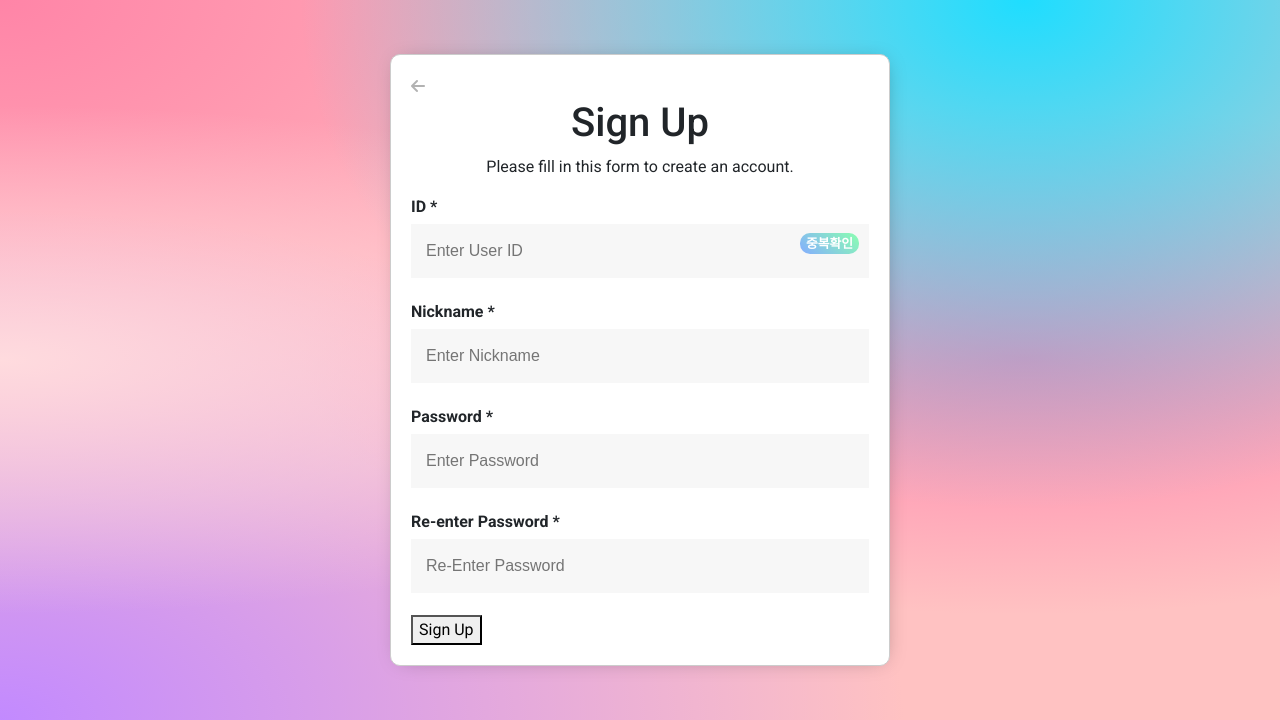
Repository: Jae-yi/JSPMybatis
Page: http://localhost/JspMybatisSub/WEB-INF/views/page/register.jsp
An editor plug-in stored every save of this project. The page is shown before and after the next save, followed by the edit.
The browser window is 1280 px wide. The pictures show the whole page.
Some web fonts or font styles are not loaded; a fallback is used. Some web libraries are served in a nearby version. The page is served by Tomcat 9. Nobody is signed in. Other server files are loaded and not shown. The template is opened directly, without the code that normally fills it, so the values that code supplies are empty.

Above is the page before, as saved 2023-02-01 11:00:36.

### JspMybatisSub/src/main/webapp/WEB-INF/views/page/register.jsp
<%@ page language="java" contentType="text/html; charset=UTF-8"
	pageEncoding="UTF-8"%>
<!DOCTYPE html>
<html>
<%@ include file="../include/style.jsp"%>
<link href="resources/css/register.css" rel="stylesheet" type="text/css">
<head>
<meta charset="UTF-8">
<script src="https://kit.fontawesome.com/3f27d28028.js"
	crossorigin="anonymous"></script>
<script src="https://ajax.aspnetcdn.com/ajax/jQuery/jquery-3.3.1.min.js"></script>
<script>
	$(document).ready(function() {

		//뒤로가기 버튼
		$("#goBack").click(function(e) {
			e.preventDefault();
			history.back();
		})

		// 아이디 중복체크
		$("#duplIdCheck").click(function(e) {
			e.preventDefault();
			duplIdCheck();
		})

	});

	function duplIdCheck() {
		//비동기 통신 선언 (ajax)
		$.ajax({
			type : "POST", //post로 요청
			url : "/register",
			dataType : "json",
			data : {
				id : $('#id').val(),
			}, //전송할 데이터
			success : function(data) {

				if (data.login == false) {
					alert('중복된 아이디입니다. 다른 아이디를 사용해주세요.');
				} else {
					alert('사용가능한 아이디입니다.');
				}
			},

		});

	};
</script>
</head>
<body>
	<form>
		<div class="container">
			<i class="fa-sharp fa-solid fa-arrow-left" id="goBack"></i>
			<h1 style="text-align: center">Sign Up</h1>
			<p style="text-align: center">Please fill in this form to create
				an account.</p>

			<label for="email"><b>ID *</b></label>
			<div id ="idInputDiv" style="display:flex">
			<input type="text"
				name="username" id = "id" placeholder="Enter User ID" required>
			<button type="button" id="duplIdCheck">중복확인</button>
			</div>
			<label
			for="nickname"><b>Nickname *</b></label>
			<input type="text" id="nickname"
			placeholder="Enter Nickname" name="nickname" required>
			<label
			for="psw"><b>Password *</b></label>
			<input type="text" id="pwd"
			placeholder="Enter Password" name="pwd" required>
			<label
			for="rePwd"><b>Re-enter Password *</b></label>
			 <input type="password" id="rePwd"
			placeholder="Re-Enter Password" name="rePwd" required>

			<button type="submit" id="submitBtn">Sign Up</button>
		</div>
	</form>
</body>
</html>

### JspMybatisSub/src/main/webapp/WEB-INF/views/include/style.jsp
<%@ page language="java" contentType="text/html; charset=UTF-8"
	pageEncoding="UTF-8"%>
<head>
<meta charset="UTF-8">
<title>INTELLIJ2's PROJECT</title>

<!-- Bootstrap : CSS only -->
<link
	href="https://cdn.jsdelivr.net/npm/bootstrap@5.3.0-alpha1/dist/css/bootstrap.min.css"
	rel="stylesheet"
	integrity="sha384-GLhlTQ8iRABdZLl6O3oVMWSktQOp6b7In1Zl3/Jr59b6EGGoI1aFkw7cmDA6j6gD"
	crossorigin="anonymous">
<script
	src="https://cdn.jsdelivr.net/npm/bootstrap@5.3.0-alpha1/dist/js/bootstrap.bundle.min.js"
	integrity="sha384-w76AqPfDkMBDXo30jS1Sgez6pr3x5MlQ1ZAGC+nuZB+EYdgRZgiwxhTBTkF7CXvN"
	crossorigin="anonymous"></script>

<!-- Bootstrap : JavaScript Bundle with Popper -->
<script
	src="https://cdn.jsdelivr.net/npm/@popperjs/core@2.11.6/dist/umd/popper.min.js"
	integrity="sha384-oBqDVmMz9ATKxIep9tiCxS/Z9fNfEXiDAYTujMAeBAsjFuCZSmKbSSUnQlmh/jp3"
	crossorigin="anonymous"></script>
<script
	src="https://cdn.jsdelivr.net/npm/bootstrap@5.3.0-alpha1/dist/js/bootstrap.min.js"
	integrity="sha384-mQ93GR66B00ZXjt0YO5KlohRA5SY2XofN4zfuZxLkoj1gXtW8ANNCe9d5Y3eG5eD"
	crossorigin="anonymous"></script>

<!-- JQuery -->
<script src=https://cdnjs.cloudflare.com/ajax/libs/jquery/3.6.3/jquery.min.js></script>

</head>

### JspMybatisSub/src/main/webapp/resources/css/register.css
@charset "EUC-KR";
@import url('https://fonts.googleapis.com/css2?family=Poppins:wght@400;500;600&family=Roboto+Condensed:wght@700&family=Roboto:wght@300;400;500;600;700&display=swap');
@font-face {
    font-family: 'GmarketSansMedium';
    src: url('https://cdn.jsdelivr.net/gh/projectnoonnu/noonfonts_2001@1.1/GmarketSansMedium.woff') format('woff');
    font-weight: normal;
    font-style: normal;
}

body {
	font-family:  Roboto, GmarketSansMedium, sans-serif;
	background-color:#f7f7f7;
}
* {box-sizing: border-box}

body {
  background-color: #fff9f9;
  min-height: 700px;
  min-width: 700px;
  height: 100vh;
  width: 100vw;
  background-color:hsla(0,100%,88%,1);
  background-image:
radial-gradient(at 80% 0%, hsla(189,100%,56%,1) 0px, transparent 50%),
radial-gradient(at 0% 50%, hsla(355,100%,93%,1) 0px, transparent 50%),
radial-gradient(at 80% 50%, hsla(340,100%,76%,1) 0px, transparent 50%),
radial-gradient(at 0% 100%, hsla(269,100%,77%,1) 0px, transparent 50%),
radial-gradient(at 0% 0%, hsla(343,100%,76%,1) 0px, transparent 50%);
}

i {
  width: 10%;
  color: rgba(0,0,0,0.3);
}

/* Add padding to container elements */
.container {
    padding: 20px;
      width:500px;
    position: absolute;
    left: 50%;
    top: 50%;
    transform: translate(-50%, -50%);
      border:1px solid #ccc;
      border-radius:10px;
      background:white;
  -webkit-box-shadow: 2px 1px 21px -9px rgba(0,0,0,0.38);
  -moz-box-shadow: 2px 1px 21px -9px rgba(0,0,0,0.38);
  box-shadow: 2px 1px 21px -9px rgba(0,0,0,0.38);
  }

/* Full-width input fields */
input[type=text], input[type=password] {
  width: 100%;
  padding: 15px;
  margin: 5px 0 22px 0;
  display: inline-block;
  border: none;
  background: #f7f7f7;
	font-family: Montserrat,Arial, Helvetica, sans-serif;
}
select {
  width: 18%;
  padding: 15px;
  margin: 5px 0 22px 0;
  display: inline-block;
  border: none;
  background: #f7f7f7;
	font-family: Montserrat,Arial, Helvetica, sans-serif;
}

input[type=phone] {
  width: 81%;
  padding: 15px;
  margin: 5px 0 22px 0;
  display: inline-block;
  border: none;
  background: #f7f7f7;
}

input[type=text]:focus, input[type=password]:focus, input[type=phone]:focus, select:focus {
  background-color: #ddd;
  outline: none;
}

#idInputDiv > button {
  border: none;
  border-radius: 10px;
  font-size: 0.8rem;
  background-image: linear-gradient(43deg, hsla(220,100%,76%,1) 0%, hsla(500,100%,77%,1) 100%);
  color: white;
  font-weight: 600;
  position:absolute;
  right:30px;
  top:178px;
}

.submitBtn {
  border: none;
  padding:0.5rem;
  width: 100%;
  border-radius: 10px;
  font-size: 1.2rem;
  background-image: linear-gradient(43deg, hsla(340,100%,76%,1) 0%, hsla(269,100%,77%,1) 100%);
  color: white;
  font-weight: 600;
}

.submitBtn:disabled {
	opacity:0.7;
}

.submitBtn:hover {
  opacity:1;
}

After the next save:
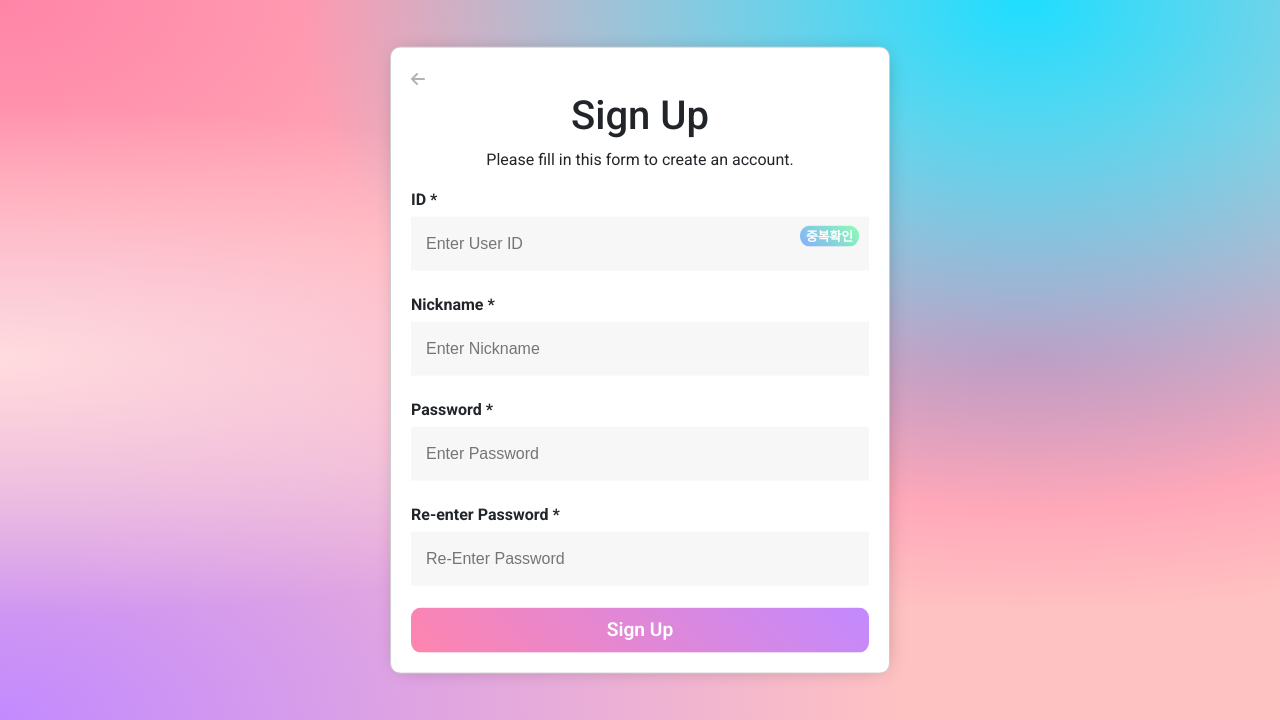
Saved 5 min 48 s later.
--- a/JspMybatisSub/src/main/webapp/WEB-INF/views/page/register.jsp
+++ b/JspMybatisSub/src/main/webapp/WEB-INF/views/page/register.jsp
@@ -76,7 +76,7 @@
 			 <input type="password" id="rePwd"
 			placeholder="Re-Enter Password" name="rePwd" required>
 
-			<button type="submit" id="submitBtn">Sign Up</button>
+			<button type="submit" class="submitBtn">Sign Up</button>
 		</div>
 	</form>
 </body>
